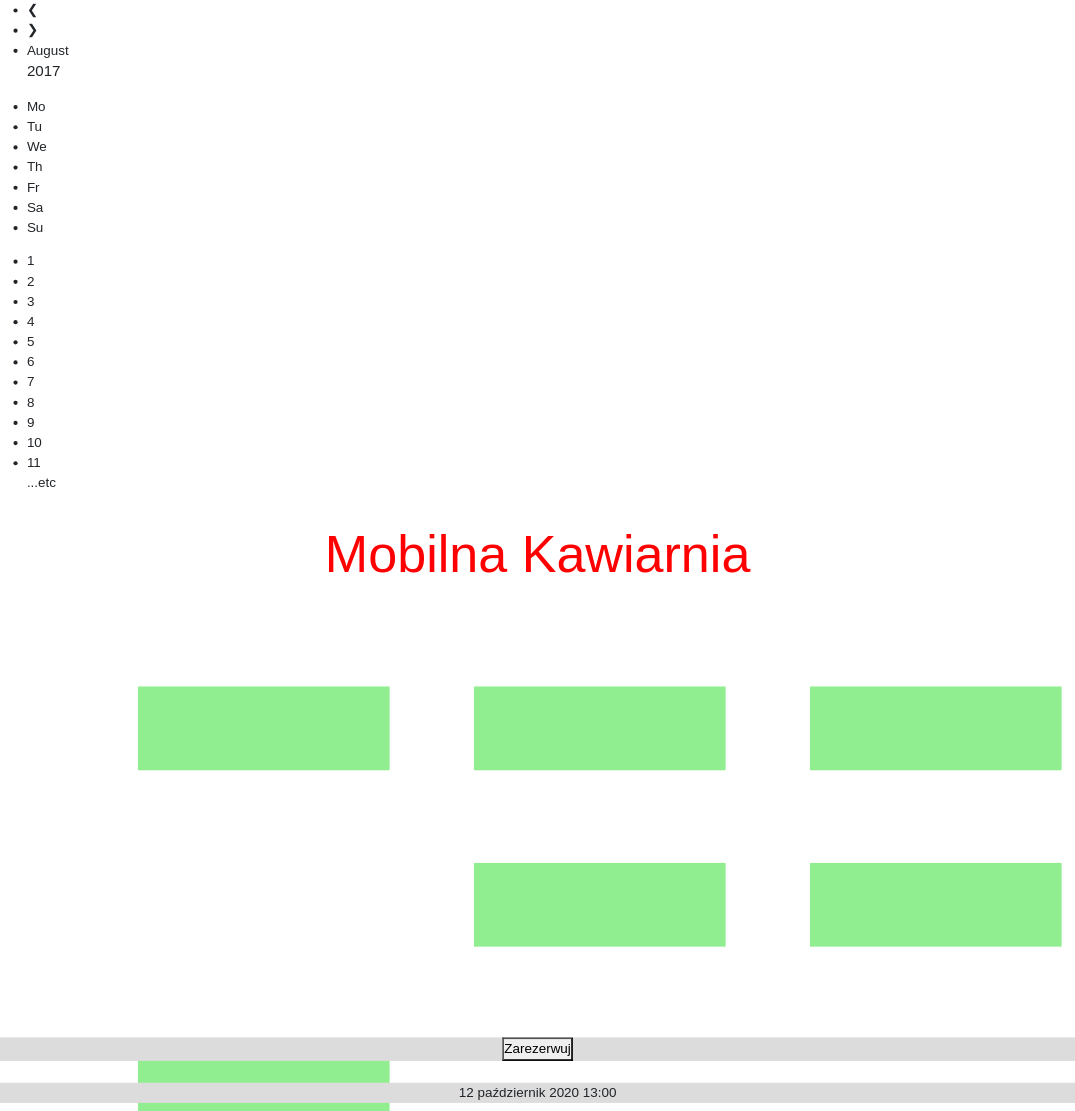
Repository: K009/MobilnaKawiarnia
Page: index.html
An editor plug-in stored every save of this project. The page is shown before and after the next save, followed by the edit.
The browser window is 1280 px wide. The pictures show the whole page, at 84% of full size.

Above is the page before, as saved 2020-12-23 17:09:03.

### index.html
<html>
  <head>
    <title>Mobilna Kawiarnia</title>
    <link rel="stylesheet" href="style.css" />
    <script src="scripts.js"></script>
    <link href="https://cdn.jsdelivr.net/npm/bootstrap@5.0.0-beta1/dist/css/bootstrap.min.css" rel="stylesheet" integrity="sha384-giJF6kkoqNQ00vy+HMDP7azOuL0xtbfIcaT9wjKHr8RbDVddVHyTfAAsrekwKmP1" crossorigin="anonymous">
    <script src="https://cdn.jsdelivr.net/npm/bootstrap@5.0.0-beta1/dist/js/bootstrap.bundle.min.js" integrity="sha384-ygbV9kiqUc6oa4msXn9868pTtWMgiQaeYH7/t7LECLbyPA2x65Kgf80OJFdroafW" crossorigin="anonymous"></script>
  </head>
  <body>
    <div class="month">
        <ul>
          <li class="prev">&#10094;</li>
          <li class="next">&#10095;</li>
          <li>August<br><span style="font-size:18px">2017</span></li>
        </ul>
      </div>

      <ul class="weekdays">
        <li>Mo</li>
        <li>Tu</li>
        <li>We</li>
        <li>Th</li>
        <li>Fr</li>
        <li>Sa</li>
        <li>Su</li>
      </ul>

      <ul class="days">
        <li>1</li>
        <li>2</li>
        <li>3</li>
        <li>4</li>
        <li>5</li>
        <li>6</li>
        <li>7</li>
        <li>8</li>
        <li>9</li>
        <li><span class="active">10</span></li>
        <li>11</li>
        ...etc
      </ul>
    <div class="main">
        <div class="logo">
          <h1><a href="">Mobilna Kawiarnia</a></h1>
        </div>

        <div id="center">

            <div class="tableUp">
                <svg class ="table" width="300" height="110">
                    <rect class ="table" width="300" height="100"/>
                  </svg>
            </div>

            <div class="tableUp">
                <svg width="300" height="110">
                    <rect class ="table" width="300" height="100"/>
                  </svg>
            </div>

            <div class="tableUp">
                <svg width="300" height="110">
                    <rect class ="table" width="300" height="100"/>
                  </svg>
            </div>

            <div class="tableUp">
                <svg width="300" height="110">
                    <rect class ="table" width="300" height="100"/>
                </svg>
            </div>

            <div class="tableUp">
                <svg width="300" height="110">
                    <rect class ="table" width="300" height="100"/>
                </svg>
            </div>

            <div class="tableUp">
                <svg width="300" height="110">
                    <rect class ="table" width="300" height="100" />
                </svg>
            </div>

        </div>

        <div id="bottomButton">
            <button id="submitDate" onclick="submit(this.id)">Zarezerwuj</button>
        </div>

        <div id="bottomMenu">
            12 październik 2020     13:00
        </div>


    </div>

    <script>

    </script>
  </body>
</html>

### style.css
* {
  margin: 0;
  padding: 0;
  font-family: sans-serif;
}
.main {
  width: 100%;
  height: 100vh;
  position: relative;
  overflow: hidden;
  background: white;
}
.logo {
  flex-basis: 20%;
}
.logo h1 {
  text-align: center;
  color: red;
  font-size: 62px;
  margin: 20 20px;
}
.logo h1 a {
  text-decoration: none;
  color: red;
}
#center {
  margin-left: 5%;
}
.tableUp {
  margin: 100 0 0 100px;
  float: left;
}
.table {
  fill: #90ee90;
}
.table:hover {
  fill: #88e388;
}
#bottomButton {
  background-color: gainsboro;
  text-align: center;
  position: absolute;
  width: 100%;
  bottom: 60px;
}
#submitDate {
  font-size: 16px;
}
#bottomMenu {
  background-color: gainsboro;
  text-align: center;
  position: absolute;
  width: 100%;
  bottom: 10px;
}

### scripts.js
console.log('xxdd');

// let submitButton = document.getElementById('submitDate');

// submitButton.onclick = function () {
//   console.log('klikniety!!');
// };

function submit(clicked_id) {
  console.log(clicked_id);
}

After the next save:
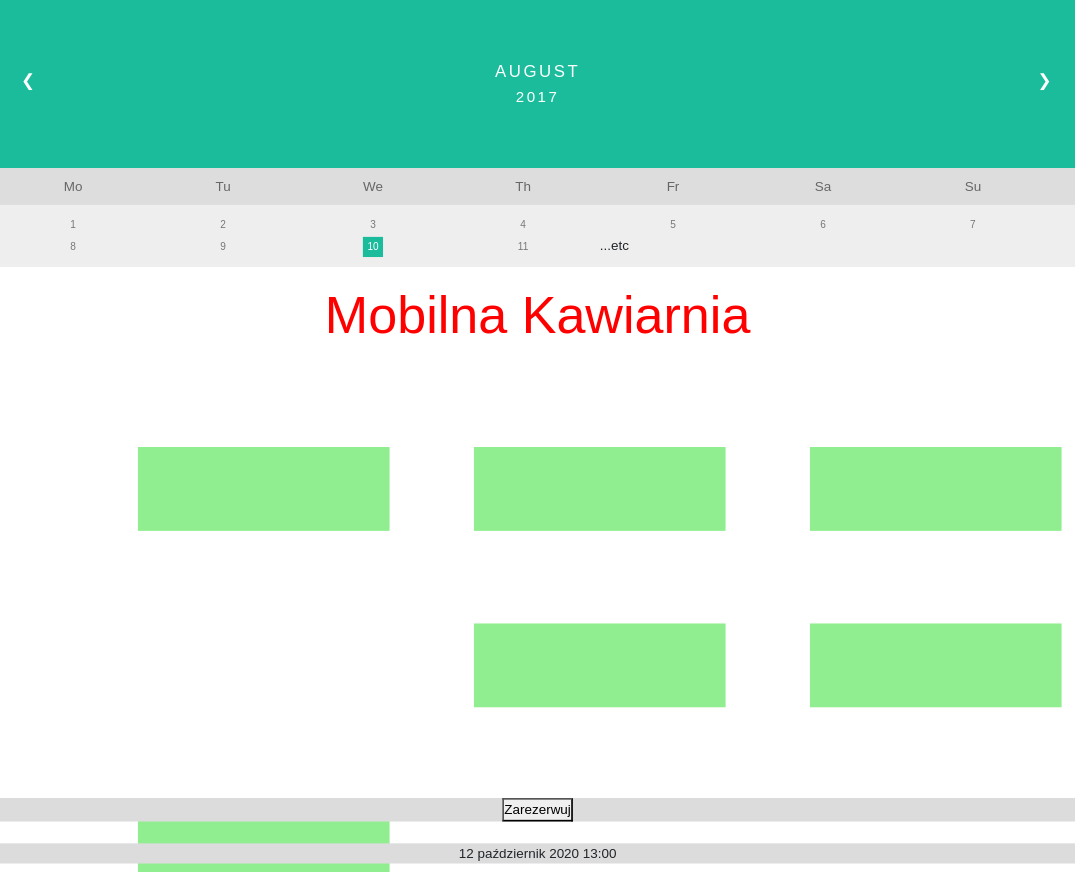
Saved 16 s later.
--- a/style.css
+++ b/style.css
@@ -53,3 +53,80 @@
   width: 100%;
   bottom: 10px;
 }
+ul {
+  list-style-type: none;
+}
+body {
+  font-family: Verdana, sans-serif;
+}
+
+/* Month header */
+.month {
+  padding: 70px 25px;
+  width: 100%;
+  background: #1abc9c;
+  text-align: center;
+}
+
+/* Month list */
+.month ul {
+  margin: 0;
+  padding: 0;
+}
+
+.month ul li {
+  color: white;
+  font-size: 20px;
+  text-transform: uppercase;
+  letter-spacing: 3px;
+}
+
+/* Previous button inside month header */
+.month .prev {
+  float: left;
+  padding-top: 10px;
+}
+
+/* Next button */
+.month .next {
+  float: right;
+  padding-top: 10px;
+}
+
+/* Weekdays (Mon-Sun) */
+.weekdays {
+  margin: 0;
+  padding: 10px 0;
+  background-color: #ddd;
+}
+
+.weekdays li {
+  display: inline-block;
+  width: 13.6%;
+  color: #666;
+  text-align: center;
+}
+
+/* Days (1-31) */
+.days {
+  padding: 10px 0;
+  background: #eee;
+  margin: 0;
+}
+
+.days li {
+  list-style-type: none;
+  display: inline-block;
+  width: 13.6%;
+  text-align: center;
+  margin-bottom: 5px;
+  font-size: 12px;
+  color: #777;
+}
+
+/* Highlight the "current" day */
+.days li .active {
+  padding: 5px;
+  background: #1abc9c;
+  color: white !important;
+}

After the save that followed:
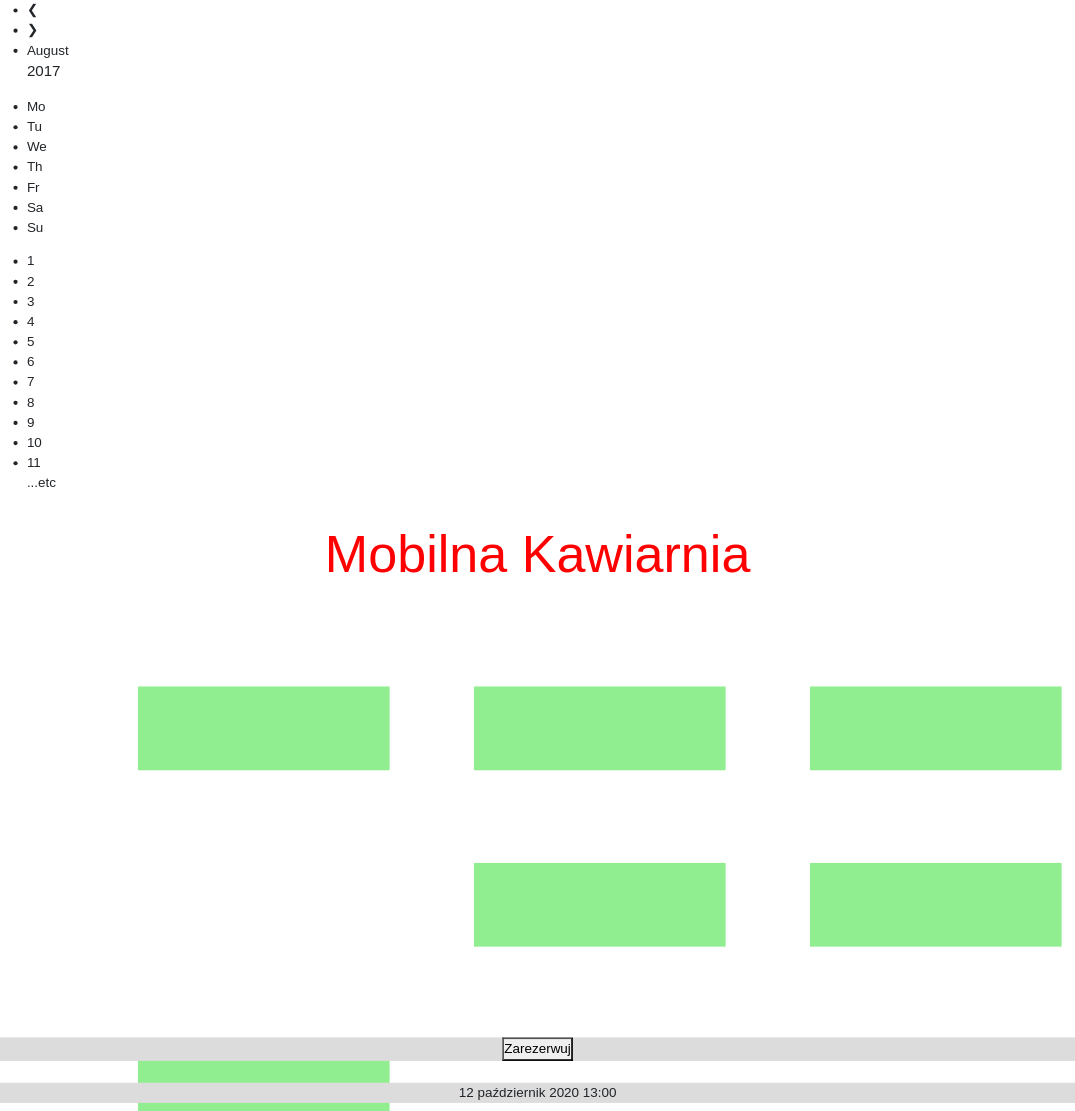
Saved 18 s later.
--- a/style.css
+++ b/style.css
@@ -53,80 +53,3 @@
   width: 100%;
   bottom: 10px;
 }
-ul {
-  list-style-type: none;
-}
-body {
-  font-family: Verdana, sans-serif;
-}
-
-/* Month header */
-.month {
-  padding: 70px 25px;
-  width: 100%;
-  background: #1abc9c;
-  text-align: center;
-}
-
-/* Month list */
-.month ul {
-  margin: 0;
-  padding: 0;
-}
-
-.month ul li {
-  color: white;
-  font-size: 20px;
-  text-transform: uppercase;
-  letter-spacing: 3px;
-}
-
-/* Previous button inside month header */
-.month .prev {
-  float: left;
-  padding-top: 10px;
-}
-
-/* Next button */
-.month .next {
-  float: right;
-  padding-top: 10px;
-}
-
-/* Weekdays (Mon-Sun) */
-.weekdays {
-  margin: 0;
-  padding: 10px 0;
-  background-color: #ddd;
-}
-
-.weekdays li {
-  display: inline-block;
-  width: 13.6%;
-  color: #666;
-  text-align: center;
-}
-
-/* Days (1-31) */
-.days {
-  padding: 10px 0;
-  background: #eee;
-  margin: 0;
-}
-
-.days li {
-  list-style-type: none;
-  display: inline-block;
-  width: 13.6%;
-  text-align: center;
-  margin-bottom: 5px;
-  font-size: 12px;
-  color: #777;
-}
-
-/* Highlight the "current" day */
-.days li .active {
-  padding: 5px;
-  background: #1abc9c;
-  color: white !important;
-}
